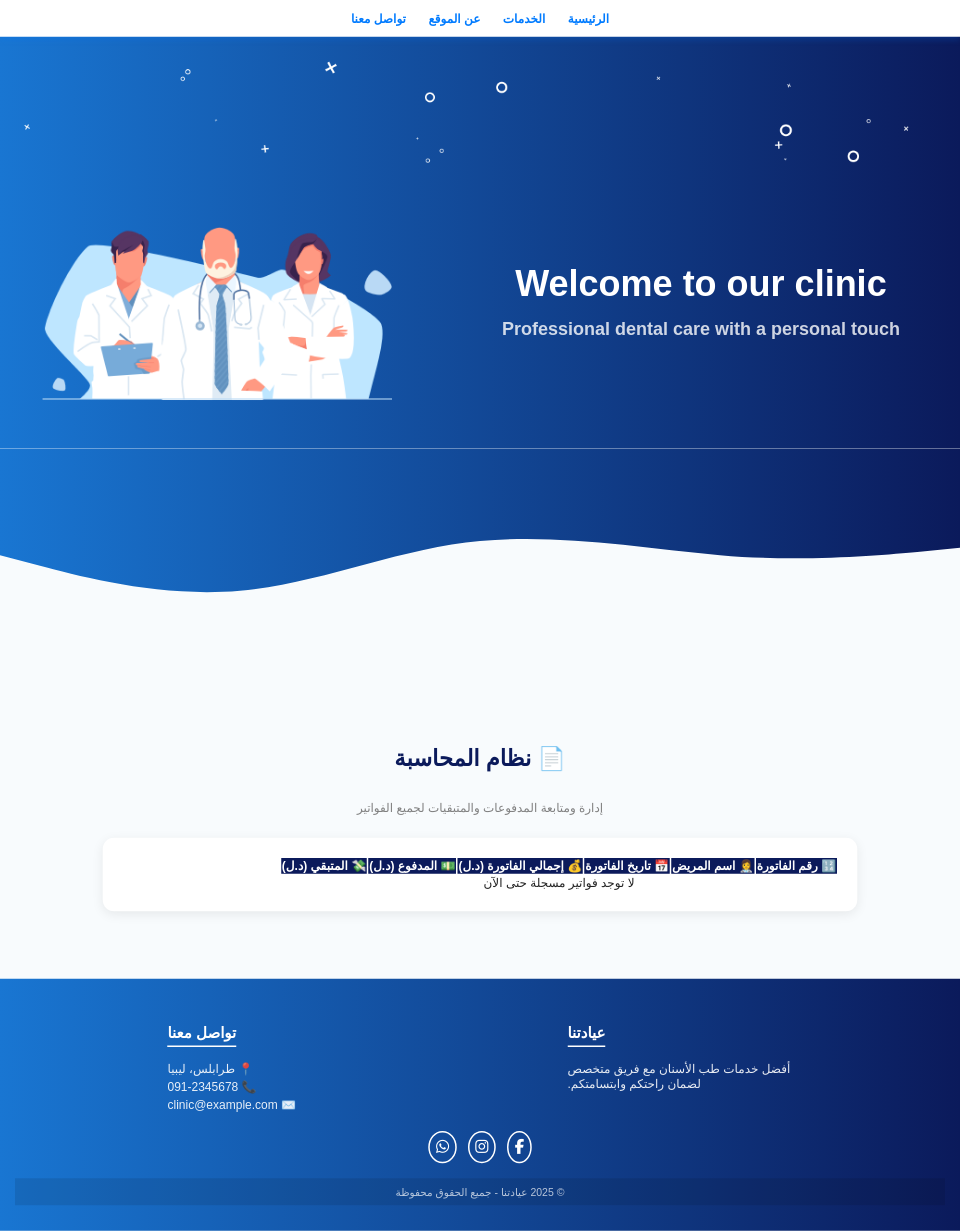
Repository: mysite4/s
Page: http://localhost/accounting-dashboard/
The author's editor kept a copy of each file at every save. The page is drawn from the files as they stood at one save, then again after the next save.
The browser window is 1280 px wide. The pictures show the whole page, at 75% of full size.
Some web fonts or font styles are not loaded; a fallback is used. The page is served by the project's application, run on Django 5.2 (manage.py). Queries for data that is not in the repository find no rows.

Above is the page before, as saved 2025-11-27 00:00:29.

After the next save:
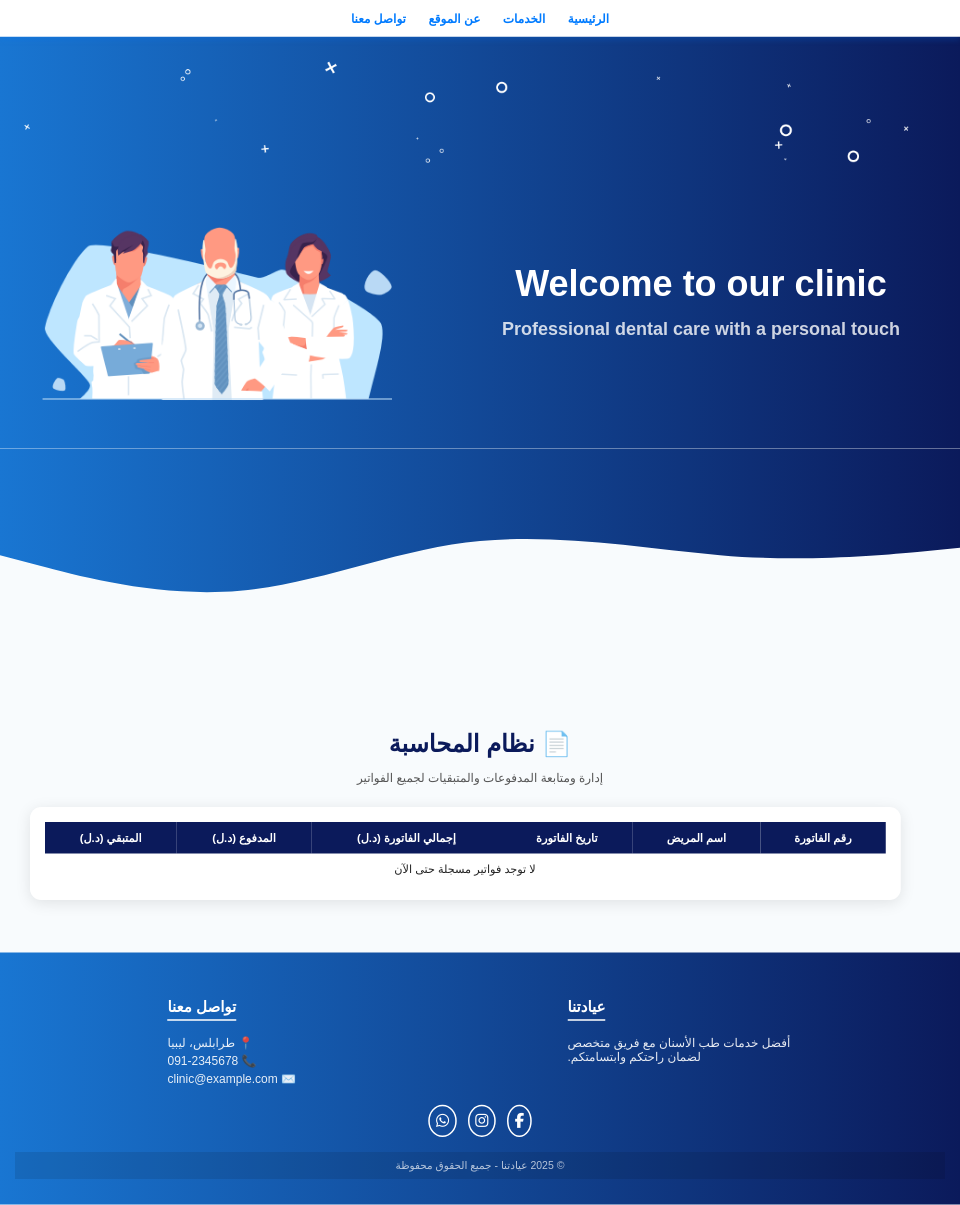
Saved 29 min 6 s later.
--- a/main/templates/services/accounting.html
+++ b/main/templates/services/accounting.html
@@ -6,14 +6,41 @@
 <link rel="stylesheet" href="{% static 'css/dashboard.css' %}">
 
 <style>
+.page-container {
+    width: 95%;
+    margin: 40px auto;
+    font-family: 'Cairo', sans-serif;
+}
+
+.page-title {
+    font-size: 32px;
+    font-weight: bold;
+    color: #0b1a5b;
+    text-align: center;
+    margin-bottom: 10px;
+}
+
+.page-subtitle {
+    text-align: center;
+    color: #555;
+    margin-bottom: 30px;
+    font-size: 16px;
+}
+
 .table-container {
-    width: 90%;
-    margin: 30px auto;
+    width: 100%;
     background: #fff;
-    padding: 25px;
+    padding: 20px;
     border-radius: 15px;
-    box-shadow: 0px 4px 15px rgba(0,0,0,0.08);
+    box-shadow: 0 4px 20px rgba(0,0,0,0.1);
     overflow-x: auto;
+}
+
+.table {
+    width: 100%;
+    border-collapse: separate;
+    border-spacing: 0;
+    font-size: 15px;
 }
 
 .table thead {
@@ -22,39 +49,34 @@
     text-align: center;
 }
 
-.table td, .table th {
+.table th, .table td {
+    padding: 12px 15px;
     text-align: center;
     vertical-align: middle;
 }
 
+.table tbody tr:nth-child(even) {
+    background-color: #f7f7f7;
+}
+
 .badge-paid {
     background: #198754;
-    padding: 6px 10px;
+    padding: 5px 10px;
     border-radius: 8px;
     color: white;
     font-weight: bold;
+    display: inline-block;
+    min-width: 60px;
 }
 
 .badge-remain {
     background: #dc3545;
-    padding: 6px 10px;
+    padding: 5px 10px;
     border-radius: 8px;
     color: white;
     font-weight: bold;
-}
-
-.page-title {
-    font-size: 30px;
-    font-weight: bold;
-    color: #0b1a5b;
-    text-align: center;
-    margin-top: 20px;
-}
-
-.page-subtitle {
-    text-align: center;
-    color: gray;
-    margin-bottom: 20px;
+    display: inline-block;
+    min-width: 60px;
 }
 </style>
 
@@ -66,12 +88,12 @@
         <table class="table table-bordered table-hover">
             <thead>
                 <tr>
-                    <th>🔢 رقم الفاتورة</th>
-                    <th>👩‍⚕️ اسم المريض</th>
-                    <th>📅 تاريخ الفاتورة</th>
-                    <th>💰 إجمالي الفاتورة (د.ل)</th>
-                    <th>💵 المدفوع (د.ل)</th>
-                    <th>💸 المتبقي (د.ل)</th>
+                    <th>رقم الفاتورة</th>
+                    <th>اسم المريض</th>
+                    <th>تاريخ الفاتورة</th>
+                    <th>إجمالي الفاتورة (د.ل)</th>
+                    <th>المدفوع (د.ل)</th>
+                    <th>المتبقي (د.ل)</th>
                 </tr>
             </thead>
             <tbody>
